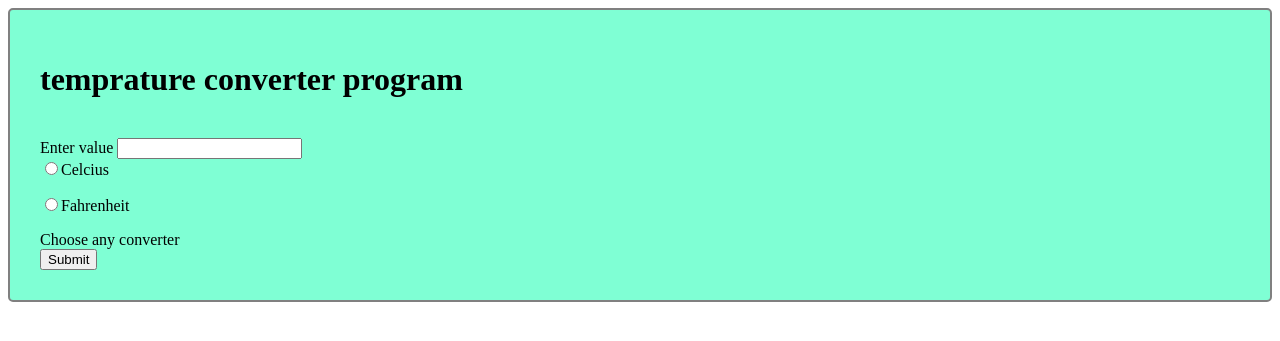
Repository: albinsabu2023/Stopwatch-program
Page: index.html
The author's editor kept a copy of each file at every save. The page is drawn from the files as they stood at one save, then again after the next save.
The browser window is 1280 px wide. The pictures show the whole page.

Above is the page before, as saved 2023-03-02 23:10:07.

### index.html
<!DOCTYPE html>

<head>
    <meta charset="UTF-8">
    <meta http-equiv="X-UA-Compatible" content="IE=edge">
    <meta name="viewport" content="width=device-width, initial-scale=1.0">
    <link rel="stylesheet" href="style.css">
    <title>Document</title>
</head>
    <div class="c-1">


        <h1>temprature converter program</h1><br>
        <label>Enter value</label>
        <input type="text" id="text"></input><br>

        <input type="radio"  id="cel" name="temp">Celcius</input><br>
        <input type="radio" id="far" name ="temp">Fahrenheit</input><br>
        <label id="ans"> Choose any converter</label><br>
        <button type="submit" id ="submit">Submit</button>
    </div>
    <script src="index.js"></script>
</body>
</html>

### style.css
.c-1{
    padding: 30px;
    border: 2px solid gray;
    border-radius: 5px;
    background-color: aquamarine;
}
#cel,#far{
    margin-bottom: 20px;
}
#submit{

}

### index.js
//SCOPE
/** let is limited to block
 *  var is referenced to a function
 * for(var i){
 * }
 * console.log(i) /// ERRROR!!!! cant acces
 *
 */

//locale and options
//  -----------------------
// let num = 1234.56;
// num = num.toLocaleString("en-us"); ///english usa
// console.log(num);
// num = num.toLocaleString("hi-In"); //hindi india
// console.log(num);
// num = num.toLocaleString("de-De"); //standard german
// console.log(num);
//  convert to currency
//  TO CURRENCY
//------------------

// let num = 12345.467;
// num = num.toLocaleString("en-US", { style: "currency", currency: "INR" });
// console.log(num);
//TO UNIT AND PERCENTAGE
//-----------------------------------
// num = num.toLocaleString("undefined", { style: "percentage", });
// num = num.toLocaleString("undefined", { style: "unit",,unit:"celcius" });

//NUMBER GUESSING PROGRAM
{
  /* <h1>Number Guessing Game</h1>
    <p>Pick a number between 1 to 10</p>
    <label>enter a guess</label>
    <input id="guess" type="text"></input>
    <input type="submit" id="submit"></input> */
}
// const ans = Math.floor(Math.random() * 10 + 1);
// let guess = 0;
// document.getElementById("submit").onclick = function () {
//   guess = document.getElementById("guess").value;
//   if (guess == ans) {
//     alert(`${ans} is the number it took ${guess} `);
//   } else if (guess < ans) {
//     console.log("too small");
//   } else if (guess > num) {
//     console.log("too big");
//   }
// };

//TEMPRATURE CONVERTER PROGRAM

document.getElementById("submit").onclick = function () {
  let temp;

  if (document.getElementById("cel").checked) {
    temp = document.getElementById("text").value;
    temp = Number(temp);
    let res = toCel(temp);
    document.getElementById("ans").innerHTML =
      " you enterd in celcius  is" + res;
  } else if (document.getElementById("far").checked) {
    temp = document.getElementById("text").value;
    temp = Number(temp);
    let res = toFar(temp);
    document.getElementById("ans").innerHTML =
      "you enterd in faranheit  is " + res;
  } else {
    document.getElementById("ans").innerHTML = "please choose one";
  }
};

function toCel(temp) {
  return (temp - 32) * (5 / 9);
}
function toFar(temp) {
  return (temp * 9) / 5 + 32;
}

After the next save:
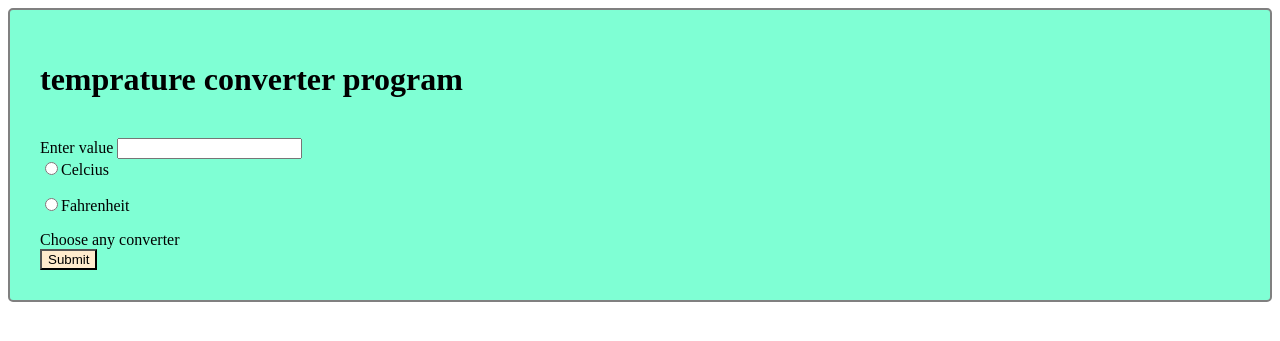
Saved 9 s later.
--- a/style.css
+++ b/style.css
@@ -8,5 +8,5 @@
     margin-bottom: 20px;
 }
 #submit{
-
+    background-color: blanchedalmond;
 }
